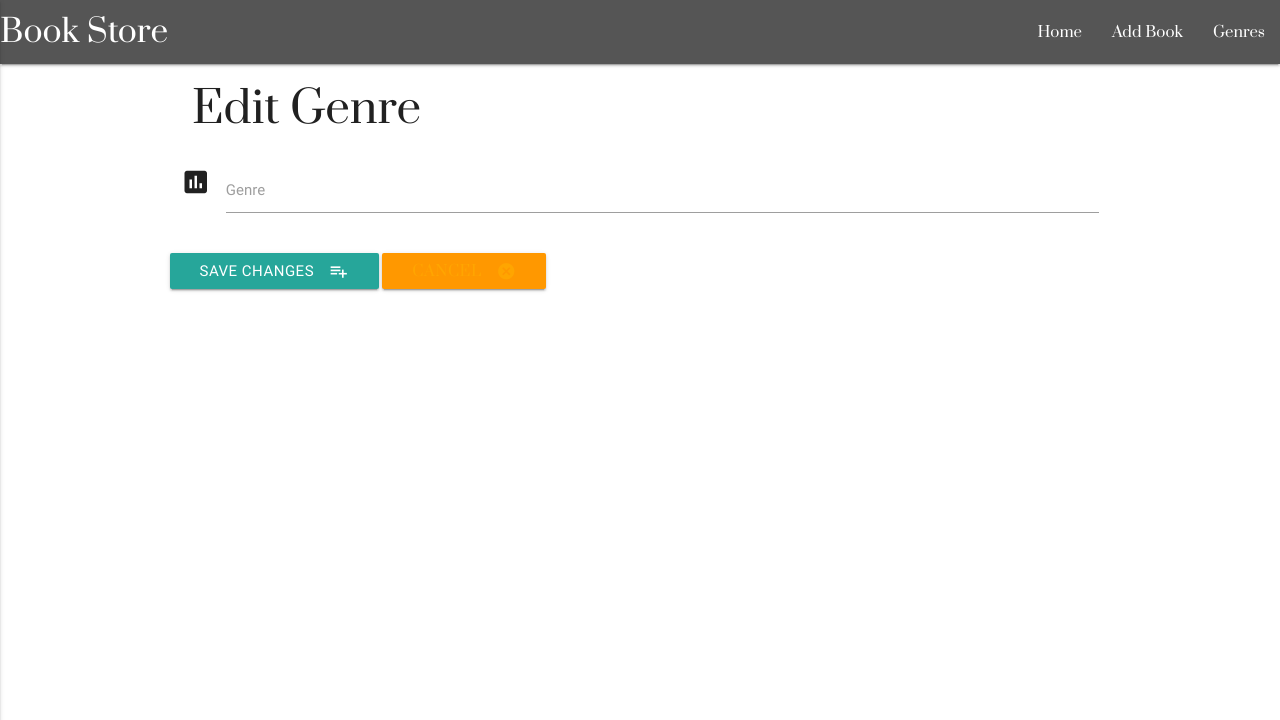
Repository: thodnett/book-store
Page: templates/editcategory.html
The author's editor kept a record of every edit. The page is drawn from the files as they stood at one moment, then again after the next edit.
The browser window is 1280 px wide. The pictures show the whole page.
Some web libraries are served in a nearby version. The page is served by the project's application, run on Flask 3 (app.py). The template is opened directly, without the code that normally fills it, so the values that code supplies are empty.

Above is the page before.

### templates/editcategory.html
{% extends 'base.html' %} {% block content %}

<h3 class="headings"> Edit Genre </h3>
<div class="row">
   <form class="form" action="{{ url_for('update_category', category_id=category._id)}}" method="POST" class="form col s12">
         <div class="row">
            <div class="input-field col s12">
                <i class="material-icons prefix">poll</i>
                <input class="input" id="category_name" name="category_name" type="text" class="validate" value="{{category.category_name}}">
                <label class="label" for="category_name">Genre</label>
            </div>
        </div>
            <div class="row">
                <button class="btn waves-effect waves-light" type="submit" name="action">Save changes
                <i class="material-icons right">playlist_add</i>
              </button>
             <a href="{{ url_for('get_categories')}}" class="waves-effect waves-light btn orange">
                <i class="material-icons right">cancel</i>Cancel
            </a>

            </div>
        </div>
    </form>
</div>
{% endblock %}

### templates/base.html
<!DOCTYPE html>
<html lang="en">

<head>

   <link href="https://fonts.googleapis.com/icon?family=Material+Icons" rel="stylesheet">
   <link rel="stylesheet" href="https://cdnjs.cloudflare.com/ajax/libs/materialize/0.100.2/css/materialize.min.css">
    <link rel="stylesheet" href="{{url_for('static', filename='css/style.css')}}" type="text/css"/>
</head>
<body>
    <header>
        <nav>
            <div class="nav-wrapper">
                <a href="{{url_for('get_books')}}" class="brand-logo">Book Store</a>
                <a href="#" data-activates="mobile-demo" class="button-collapse"><i class="material-icons">menu</i></a>
                <ul id="nav-mobile" class="right hide-on-med-and-down">
                    <li><a href="{{url_for('get_books')}}">Home</a></li>
                    <li><a href="{{url_for('add_book')}}">Add Book</a></li>
                    <li><a href="{{url_for('get_categories')}}">Genres</a></li>
                </ul>
                <ul class="side-nav" id="mobile-demo">
                    <li><a href="{{url_for('get_books')}}">Home</a></li>
                    <li><a href="{{url_for('add_book')}}">Add Book</a></li>
                    <li><a href="{{url_for('get_categories')}}">Genres</a></li>
                </ul>
            </div>
        </nav>
    </header>
    <div class="container">
    {% block content %}
    {% endblock %}
    </div>


<script src="https://cdnjs.cloudflare.com/ajax/libs/jquery/3.2.1/jquery.min.js"></script>
<script src="https://cdnjs.cloudflare.com/ajax/libs/materialize/0.100.2/js/materialize.min.js"></script>
<script type="text/javascript">
$(document).ready(function() {
      $('select').material_select();
      $(".button-collapse").sideNav();
        });

</script>
</body>
</html>

### app.py
import os
from flask import Flask,  render_template, redirect, request, url_for
from flask_pymongo import PyMongo
from bson.objectid import ObjectId


app = Flask(__name__)

app.config["MONGO_DBNAME"] = 'book_store'
app.config["MONGO_URI"] = 'mongodb+srv://thodnett:Pass1234@myfirstcluster-2pyxt.mongodb.net/book_store?retryWrites=true&w=majority'

mongo = PyMongo(app)



@app.route('/')
@app.route('/get_books')
def get_books():
    return render_template("books.html", books=mongo.db.books.find())

@app.route('/add_book')
def add_book():
    return render_template("addbook.html",  categories=mongo.db.categories.find())

@app.route('/insert_book', methods=['POST'])
def insert_book():
    books = mongo.db.books
    books.insert_one(request.form.to_dict())
    return redirect(url_for('get_books'))

@app.route('/edit_book/<book_id>')
def edit_book(book_id):
    the_book =  mongo.db.books.find_one({"_id": ObjectId(book_id)})
    all_categories =  mongo.db.categories.find()
    return render_template('editbook.html', book=the_book, categories=all_categories)

@app.route('/update_book/<book_id>', methods=['POST'])
def update_book(book_id):
    books = mongo.db.books
    books.update( {'_id': ObjectId(book_id)},
    {
        'book_name':request.form.get('book_name'),
        'category_name':request.form.get('category_name'),
        'book_author':request.form.get('book_author'),
        'book_descrip':request.form.get('book_descrip'),
        'book_review':request.form.get('book_review'),
        'cover_link':request.form.get('cover_link'),
        'purch_link':request.form.get('purch_link')
    })
    return redirect(url_for('get_books'))

@app.route('/delete_book/<book_id>')
def delete_book(book_id):
    mongo.db.books.remove({'_id': ObjectId(book_id)})
    return redirect(url_for('get_books'))

@app.route('/get_categories')
def get_categories():
    return render_template('categories.html',
    categories=mongo.db.categories.find())

@app.route('/edit_category/<category_id>')
def edit_category(category_id):
    return render_template('editcategory.html',
    category=mongo.db.categories.find_one({'_id': ObjectId(category_id)}))

@app.route('/update_category/<category_id>', methods=['POST'])
def update_category(category_id):
    mongo.db.categories.update(
        {'_id': ObjectId(category_id)},
        {'category_name': request.form.get('category_name')})
    return redirect(url_for('get_categories'))

@app.route('/delete_category/<category_id>')
def delete_category(category_id):
    mongo.db.categories.remove({'_id': ObjectId(category_id)})
    return redirect(url_for('get_categories'))

@app.route('/insert_category', methods=['POST'])
def insert_category():
    categories = mongo.db.categories
    category_doc ={'category_name': request.form.get('category_name')}
    categories.insert_one(category_doc)
    return redirect(url_for('get_categories'))

@app.route('/add_category')
def add_category():
    return render_template('addcategory.html')


if __name__ == '__main__':
    app.run(host=os.environ.get('IP'),
            port=int(os.environ.get('PORT')),
            debug=True)

### static/css/style.css
@import url('https://fonts.googleapis.com/css?family=Prata&display=swap');

/*----style navbar ----*/

.nav-wrapper {
    background-color: #555555;
    font-family: 'Prata', sans-serif;

}

/*--------card--------*/

.card-content, .card-action a {
    font-family: 'Prata', sans-serif;
}

/*-------headings-----*/

.headings {
    font-family: 'Prata', sans-serif;
}

.row a {
     font-family: 'Prata', sans-serif;
     color: orange;
}

After the next edit:
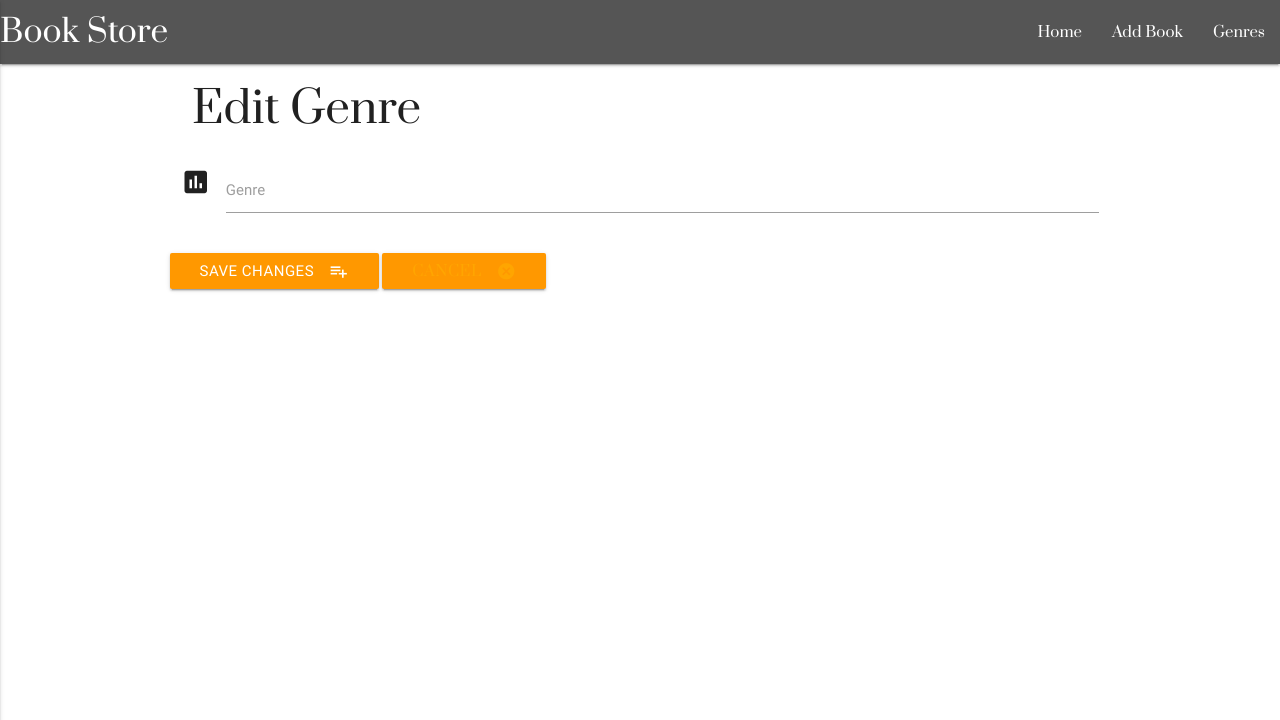
The edit:
--- a/templates/editcategory.html
+++ b/templates/editcategory.html
@@ -11,7 +11,7 @@
             </div>
         </div>
             <div class="row">
-                <button class="btn waves-effect waves-light" type="submit" name="action">Save changes
+                <button class="btn orange waves-effect waves-light" type="submit" name="action">Save changes
                 <i class="material-icons right">playlist_add</i>
               </button>
              <a href="{{ url_for('get_categories')}}" class="waves-effect waves-light btn orange">
